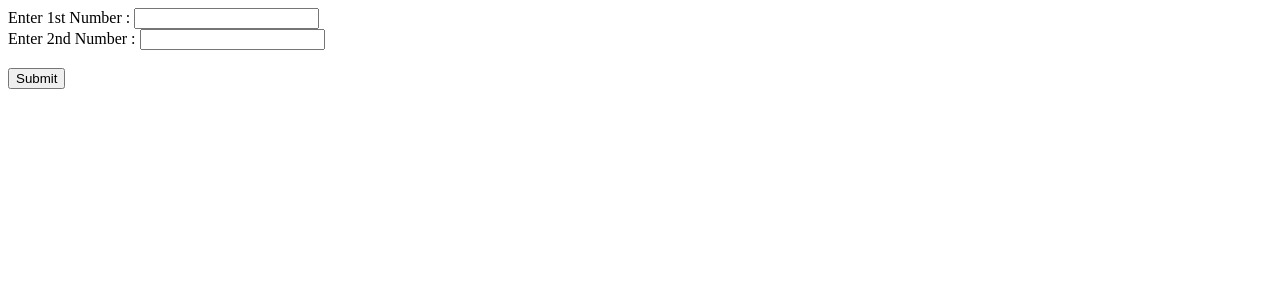
Repository: argho1990/Coursecube-B19
Page: Intro/Lab2A/WebContent/index.html
An editor plug-in stored every save of this project. The page is shown before and after the next save, followed by the edit.
The browser window is 1280 px wide. The pictures show the whole page.

Above is the page before, as saved 2018-11-28 22:00:38.

### Intro/Lab2A/WebContent/index.html
<!DOCTYPE html>
<html>
<head>
<meta charset="ISO-8859-1">
<title>Insert title here</title>
</head>
<body>
<form action= "add" method="get">
Enter 1st Number :&nbsp;<input type= "text" name ="num1">
<br>
Enter 2nd Number :&nbsp;<input type= "text" name ="num2"> <br>
<br>
<input type="submit">

</form>
</body>
</html>

After the next save:
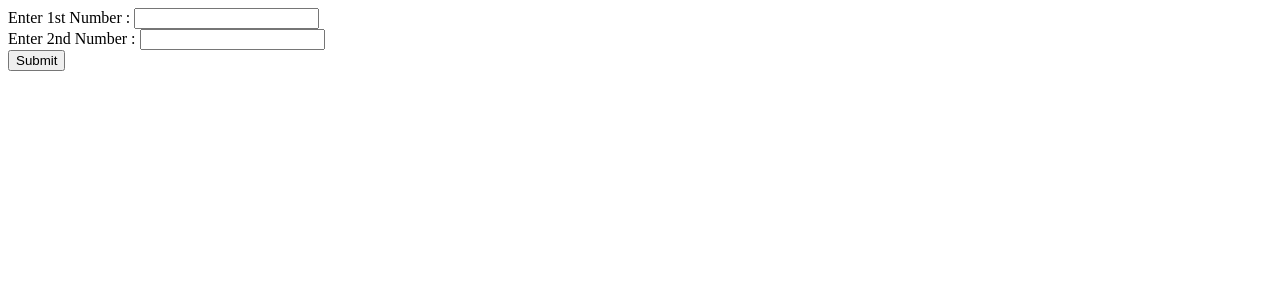
Saved 6 s later.
--- a/Intro/Lab2A/WebContent/index.html
+++ b/Intro/Lab2A/WebContent/index.html
@@ -8,7 +8,7 @@
 <form action= "add" method="get">
 Enter 1st Number :&nbsp;<input type= "text" name ="num1">
 <br>
-Enter 2nd Number :&nbsp;<input type= "text" name ="num2"> <br>
+Enter 2nd Number :&nbsp;<input type= "text" name ="num2">
 <br>
 <input type="submit">
 
